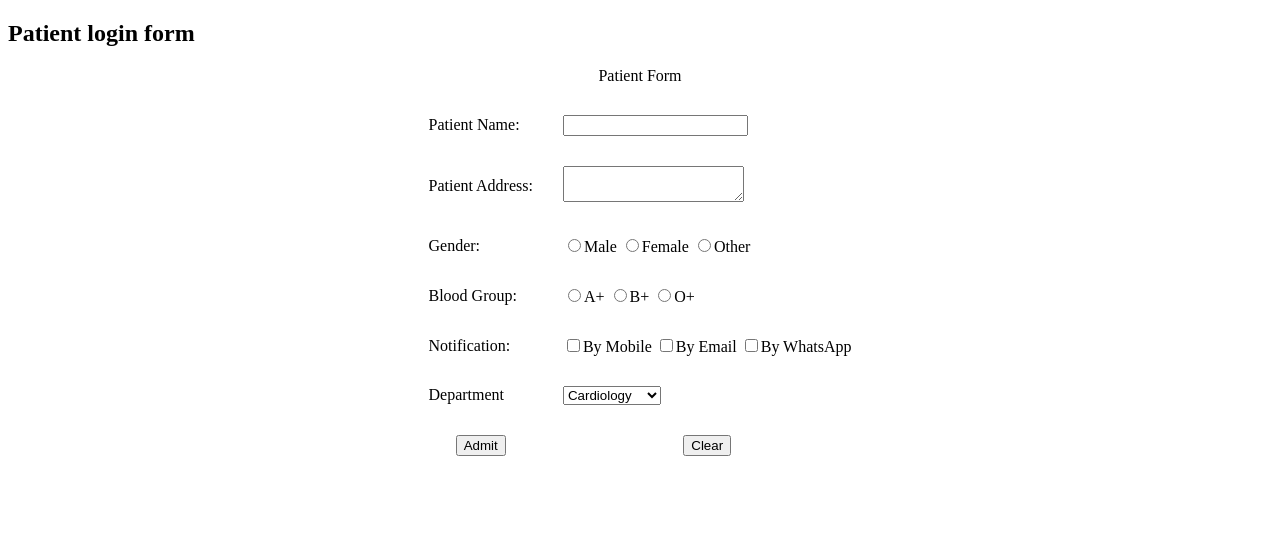
Repository: abhishek110597/Deloitte
Page: Workspace/JavaTraining/patientDetailsForm.html
An editor plug-in stored every save of this project. The page is shown before and after the next save, followed by the edit.
The browser window is 1280 px wide. The pictures show the whole page.

Above is the page before, as saved 2019-12-28 06:14:59.

### Workspace/JavaTraining/patientDetailsForm.html
<!DOCTYPE html>
<html>
<head>
<meta charset="ISO-8859-1">
<title>Patient login form</title>
</head>
<body>
	<form>
		<h2>Patient login form</h2>
		<table cellspacing="10" cellpadding="10" border="0" align="center">
			<caption>Patient Form</caption>
			<tr>
			<tr>
				<td>Patient Name:</td>
				<td><input type="text" name="patientName" id="patientName" /></td>
			</tr>
			<tr>
				<td>Patient Address:</td>
				<td><textarea name="patientAddress" id="patientAddress" row="5"
						column="15">
					</textarea></td>
			</tr>
			<tr>
				<td>Gender:</td>
				<td><input type="radio" value="Male" name="gender" id="male" />Male
					<input type="radio" value="Female" name="gender" id="female" />Female
					<input type="radio" value="Other" name="gender" id="other" />Other</td>
			</tr>
			<tr>
				<td>Blood Group:</td>
				<td><input type="radio" value="A+" name="BG" id="bg1" />A+ <input
					type="radio" value="B+" name="BG" id="bg2" />B+ <input
					type="radio" value="O+" name="BG" id="bg3" />O+</td>
			</tr>
			<tr>
				<td>Notification:</td>
				<td><input type="checkbox" value="byMobile" name="notification"
					id="mobile" />By Mobile <input type="checkbox" value="byEmail"
					name="notification" id="email" />By Email <input type="checkbox"
					value="byWhatsapp" name="notification" id="notification" />By
					WhatsApp</td>
			</tr>
			<tr>
				<td>Department</td>
				<td><select name="department" id="department">
						<option value="cardio">Cardiology</option>
						<option value="derma">Dermatology</option>
						<option value="psycho">Psychiatry</option>
						<option value="dental">Dental</option>
				</select></td>
			</tr>
			<tr>
				<td align="center"><input type="submit" value="Admit"
					id="submit" /></td>
				<td align="center"><input type="reset" value="Clear" id="reset" /></td>
			</tr>
		</table>
	</form>
</body>
</html>

After the next save:
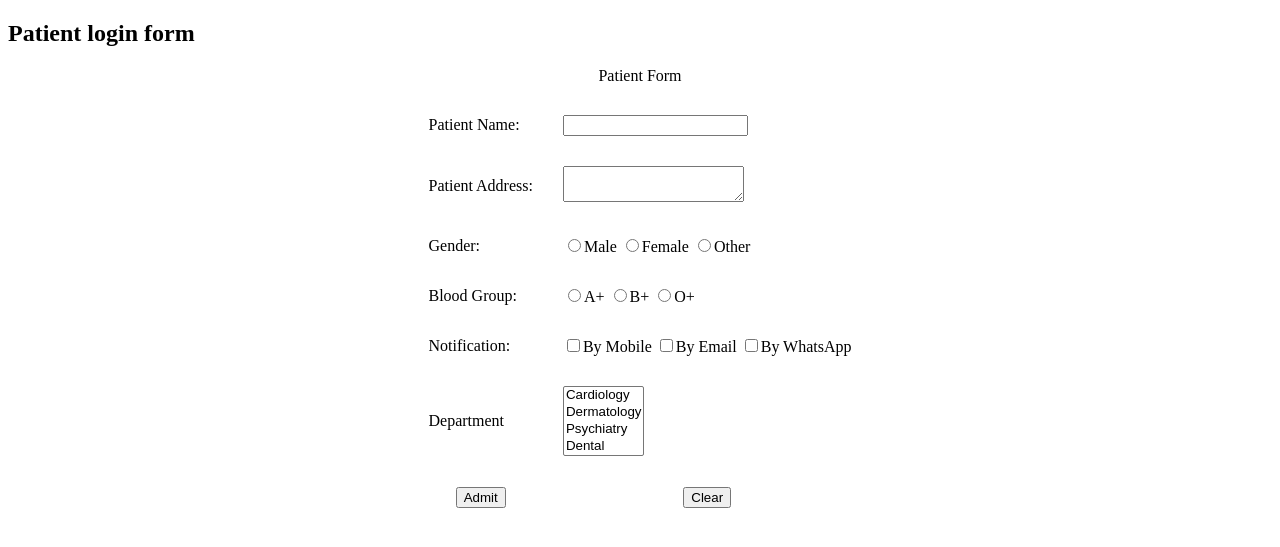
Saved 9 min 8 s later.
--- a/Workspace/JavaTraining/patientDetailsForm.html
+++ b/Workspace/JavaTraining/patientDetailsForm.html
@@ -42,7 +42,7 @@
 			</tr>
 			<tr>
 				<td>Department</td>
-				<td><select name="department" id="department">
+				<td><select name="department" id="department" multiple>
 						<option value="cardio">Cardiology</option>
 						<option value="derma">Dermatology</option>
 						<option value="psycho">Psychiatry</option>
